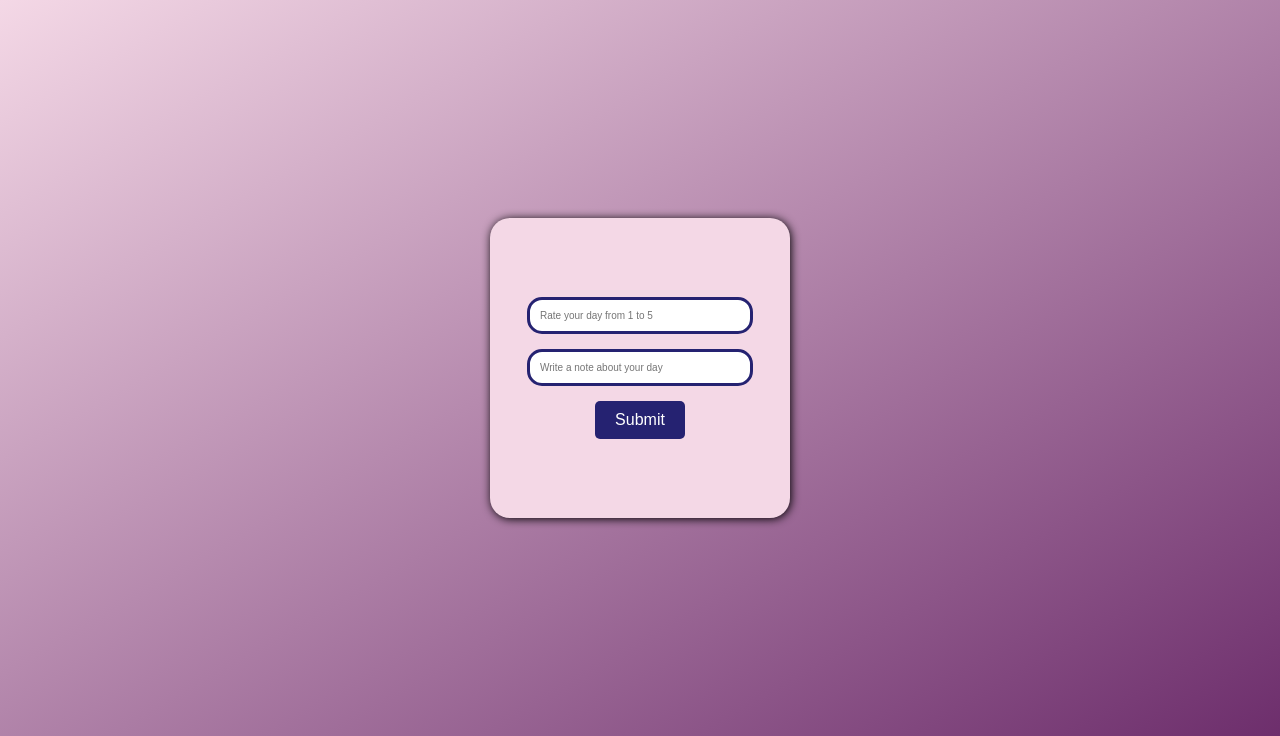
Repository: elenav24/RateMyDay
Page: frontend/index.html
An editor plug-in stored every save of this project. The page is shown before and after the next save, followed by the edit.
The browser window is 1280 px wide. The pictures show the whole page.

Above is the page before, as saved 2025-05-15 01:38:45.

### frontend/index.html
<!DOCTYPE html>

<html lang="en">
    <head>
        <meta charset="utf-8">
        <title>Rate My Day!</title>
        <meta name="description" content="Welcome to Rate My Day!">
        <meta name="viewport" content="width=device-width, initial-scale=1">
        <link rel="stylesheet" href="style.css">
    </head>
    <body>
        <div class="container">
            <input type="text" id="rating" placeholder="Rate your day from 1 to 5">
            <input type="text" id="note" placeholder="Write a note about your day">
            <button id="submit">Submit</button>
        </div>

        <script src="script.js" defer></script>
    </body>
</html>

### frontend/style.css
body {
    display: flex;
    justify-content: center;
    align-items: center;
    height: 100vh;
    background: linear-gradient(to right bottom, #f4d8e6, #6d2e6c);
}

.container {
    display: flex;
    flex-direction: column;
    align-items: center;
    justify-content: center;
    width: 300px;
    height: 300px;
    box-shadow: 1px 1px 10px #000;
    border-radius: 20px;
    background-color: #f4d8e6;
}

#rating, #note {
    border: 3px solid #252271;
    border-radius: 15px;
    width: 200px;
    padding: 10px;
    padding-left: 10px;
    margin-bottom: 15px;
    font-size: 10px;
}

#submit {
    background-color: #252271;
    color: white;
    border: none;
    border-radius: 5px;
    padding: 10px 20px;
    cursor: pointer;
    font-size: 16px;
}

### frontend/script.js
document.addEventListener('DOMContentLoaded', () => {
    const button = document.getElementById('submit');
    const rating = document.getElementById('rating');
    const note = document.getElementById('note');

    button.addEventListener('click', async () => {
        const ratingValue = parseInt(rating.value);
        const noteValue = note.value;

        if (isNaN(ratingValue) || ratingValue < 1 || ratingValue > 5) {
            alert('Please enter a valid rating between 1 and 5.');
            return;
        }

        const payload = {
            rating: ratingValue,
            note: noteValue
        };

        try {
            const response = await fetch('http://localhost:8000/rate', {
                method: 'POST',
                headers: {
                    'Content-Type': 'application/json'
                },
                body: JSON.stringify(payload)

            });

            const data = await response.json();
            alert(data.message);



        } catch (error) {
            console.error('Submission Error:', error);
            alert('An error occurred while submitting your rating.');
        }

        // Clear the input fields after submission
        rating.value = '';
        note.value = '';

    });

});

After the next save:
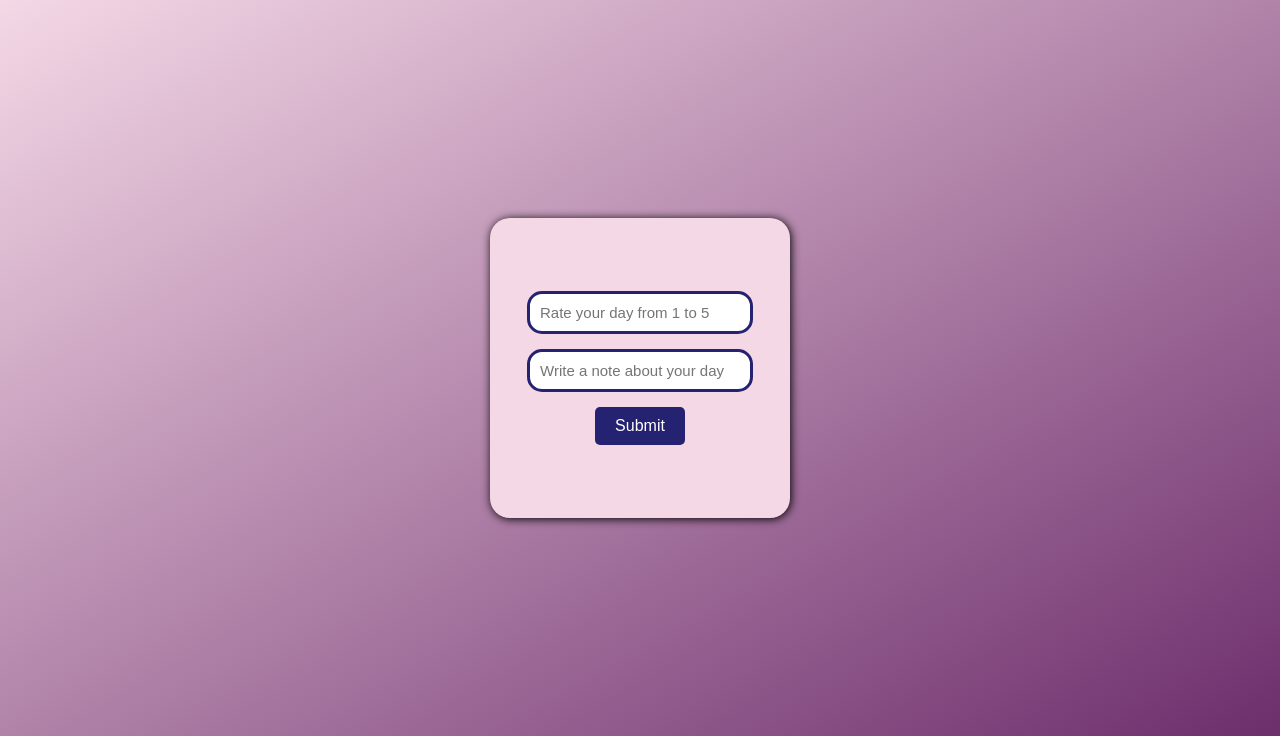
Saved 4 s later.
--- a/frontend/style.css
+++ b/frontend/style.css
@@ -25,7 +25,7 @@ body {
     padding: 10px;
     padding-left: 10px;
     margin-bottom: 15px;
-    font-size: 10px;
+    font-size: 15px;
 }
 
 #submit {
